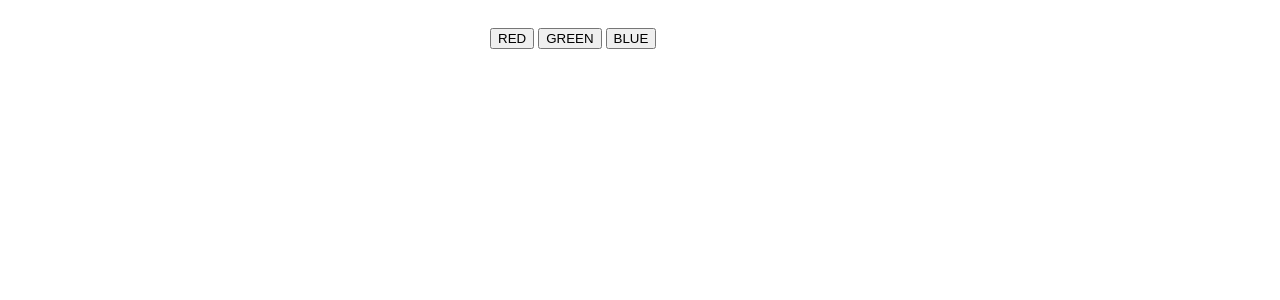
Repository: shinsil0601/webstudy
Page: 03_JavaScript/src/main/webapp/day02/ex15_event.html
An editor plug-in stored every save of this project. The page is shown before and after the next save, followed by the edit.
The browser window is 1280 px wide. The pictures show the whole page.

Above is the page before, as saved 2023-06-28 06:48:38.

### 03_JavaScript/src/main/webapp/day02/ex15_event.html
<!DOCTYPE html>
<html>
<head>
<meta charset="UTF-8">
<title>Insert title here</title>
</head>
<body>
	<div style="margin: auto; width: 300px; padding: 20px;">
		<button onclick="setRed()">RED</button>
		<button onclick="setGreen()">GREEN</button>
		<button onclick="setBlue()">BLUE</button>

	</div>
</body>
</html>

After the next save:
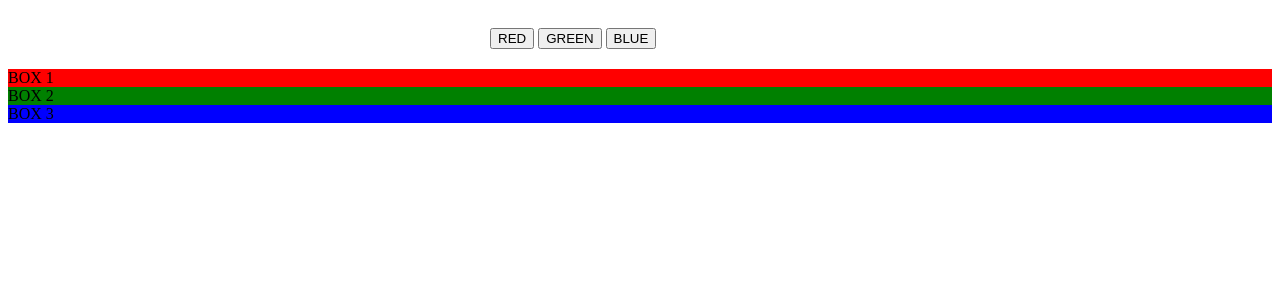
Saved 52 s later.
--- a/03_JavaScript/src/main/webapp/day02/ex15_event.html
+++ b/03_JavaScript/src/main/webapp/day02/ex15_event.html
@@ -9,7 +9,9 @@
 		<button onclick="setRed()">RED</button>
 		<button onclick="setGreen()">GREEN</button>
 		<button onclick="setBlue()">BLUE</button>
-
 	</div>
+	<div class="box" id="box1" style="background-color: red">BOX 1</div>
+	<div class="box" id="box2" style="background-color: green">BOX 2</div>
+	<div class="box" id="box3" style="background-color: blue">BOX 3</div>
 </body>
 </html>
